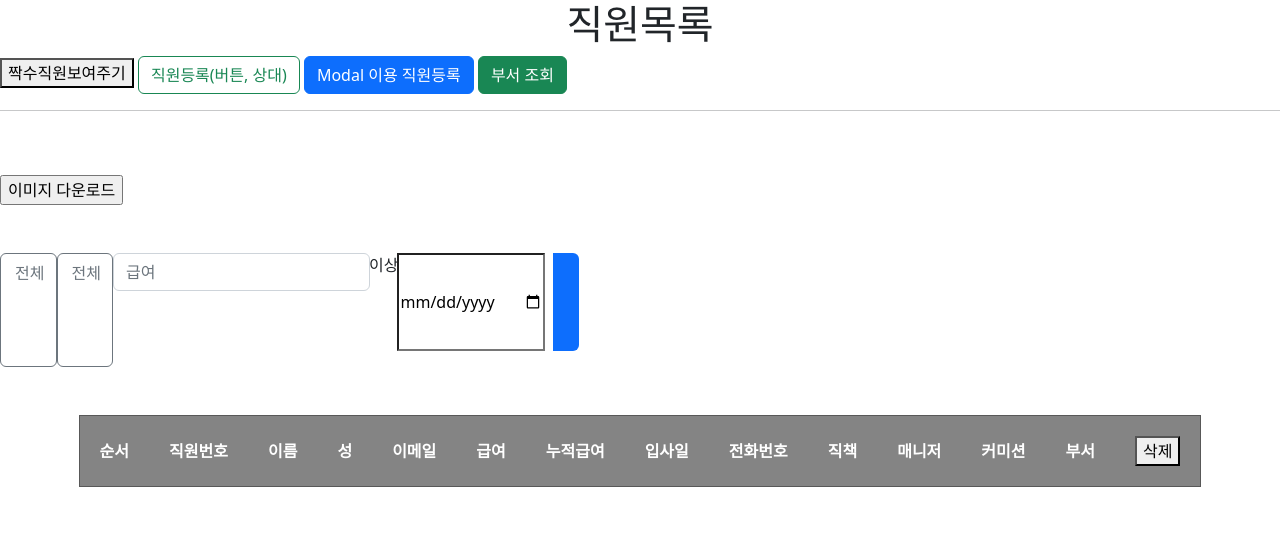
Repository: leessol/spring1
Page: http://localhost/springMVCProject/WEB-INF/views/emp/empSelect.jsp
These files come from the project's save history. The page is drawn as it stood at one moment and after the next save; the edit follows.
The browser window is 1280 px wide. The pictures show the whole page.
The page is served by Tomcat 9. Nobody is signed in. The template is opened directly, without the code that normally fills it, so the values that code supplies are empty.

Above is the page before, as saved 2023-05-10 05:05:50.

After the next save:
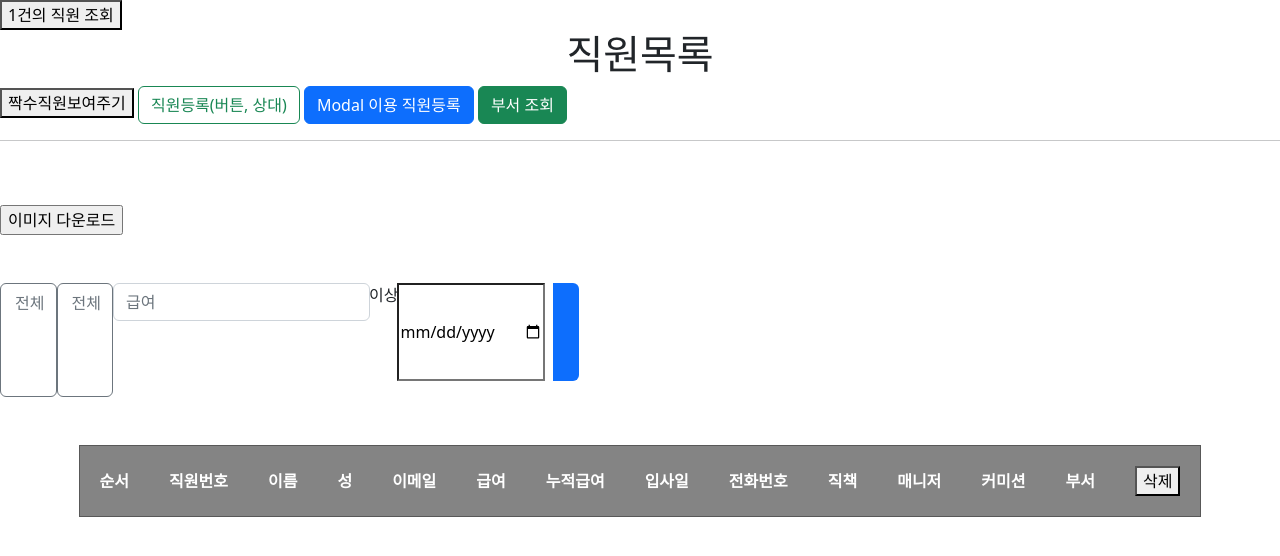
Saved 25 min 44 s later.
--- a/springMVCProject/src/main/webapp/WEB-INF/views/emp/empSelect.jsp
+++ b/springMVCProject/src/main/webapp/WEB-INF/views/emp/empSelect.jsp
@@ -102,6 +102,10 @@ tr th {
 </head>
 <body>
 	<div id="container">
+
+		<!-- restful 방식 연습 -->
+		<button id="btn1">1건의 직원 조회</button>
+
 		<h1>직원목록</h1>
 		<!-- include 지시자: 합쳐서 컴파일한다. include 디렉티브는 소스를 합쳐서 컴파일한다.  -->
 		<%-- <%@ include file="../common/header.jsp" %> --%>
